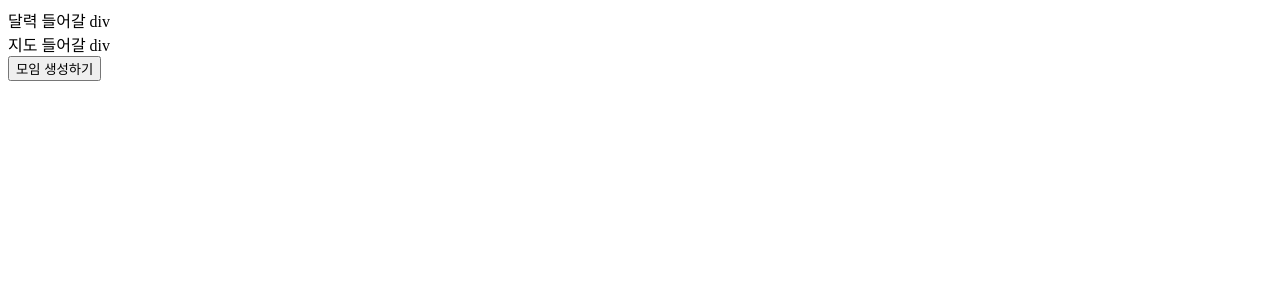
Repository: onpul/TEAM1
Page: http://localhost/Riding/mj/Main.jsp
The author's editor kept a copy of each file at every save. The page is drawn from the files as they stood at one save, then again after the next save.
The browser window is 1280 px wide. The pictures show the whole page.
The page is served by Tomcat 9. Other server files are loaded and not shown.

Above is the page before, as saved 2022-06-04 11:10:09.

### Riding/WebContent/mj/Main.jsp
<%@ page contentType="text/html; charset=UTF-8"%>
<%
	request.setCharacterEncoding("UTF-8");
	String cp = request.getContextPath();
%>
<!DOCTYPE html>
<html>
<head>
<meta charset="UTF-8">
<title>Main.jsp</title>
</head>
<body>
<div>
	달력 들어갈 div
</div>
<div>
	지도 들어갈 div
</div>
<div>
	<input type="button" value="모임 생성하기"/>
</div>
</body>
</html>

After the next save:
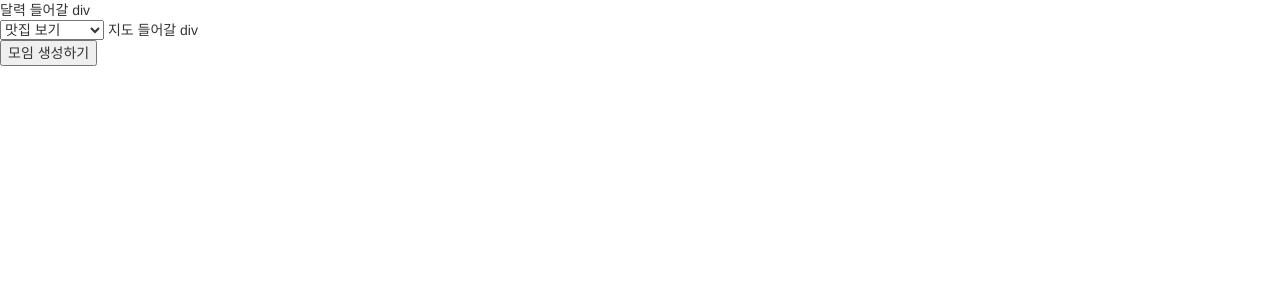
Saved 27 s later.
--- a/Riding/WebContent/mj/Main.jsp
+++ b/Riding/WebContent/mj/Main.jsp
@@ -8,12 +8,27 @@
 <head>
 <meta charset="UTF-8">
 <title>Main.jsp</title>
+<!-- 제이쿼리 -->
+<script src="https://ajax.googleapis.com/ajax/libs/jquery/3.3.1/jquery.min.js"></script>
+
+<!-- 합쳐지고 최소화된 최신 CSS -->
+<link rel="stylesheet" href="https://maxcdn.bootstrapcdn.com/bootstrap/3.3.2/css/bootstrap.min.css">
+
+<!-- 부가적인 테마 -->
+<link rel="stylesheet" href="https://maxcdn.bootstrapcdn.com/bootstrap/3.3.2/css/bootstrap-theme.min.css">
+
+<!-- 합쳐지고 최소화된 최신 자바스크립트 -->
+<script src="https://maxcdn.bootstrapcdn.com/bootstrap/3.3.2/js/bootstrap.min.js"></script>
 </head>
 <body>
 <div>
 	달력 들어갈 div
 </div>
 <div>
+	<select name="" id="">
+		<option value="">맛집 보기</option>
+		<option value="">편의시설 보기</option>
+	</select>
 	지도 들어갈 div
 </div>
 <div>
